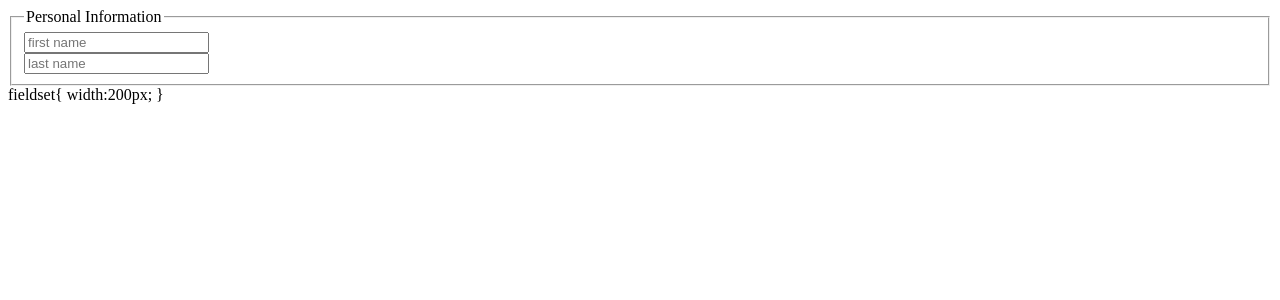
Repository: sauran/SapientTraining
Page: DemoProject/WebContent/Signup.html
The author's editor kept a copy of each file at every save. The page is drawn from the files as they stood at one save, then again after the next save.
The browser window is 1280 px wide. The pictures show the whole page.

Above is the page before, as saved 2015-09-15 09:40:41.

### DemoProject/WebContent/Signup.html
<!DOCTYPE html>
<html>
<head>
<meta charset="ISO-8859-1">
<title>Sign Up</title>
</head>
<body >

<form action=""  method = "get">

<fieldset>
<legend> Personal Information</legend>
<input type = "text" name= "FirstName" placeholder= "first name"><br>
<input type = "text" name= "LastName" placeholder= "last name"><br>

</fieldset>

fieldset{

width:200px;

}



</form>







</body>
</html>

After the next save:
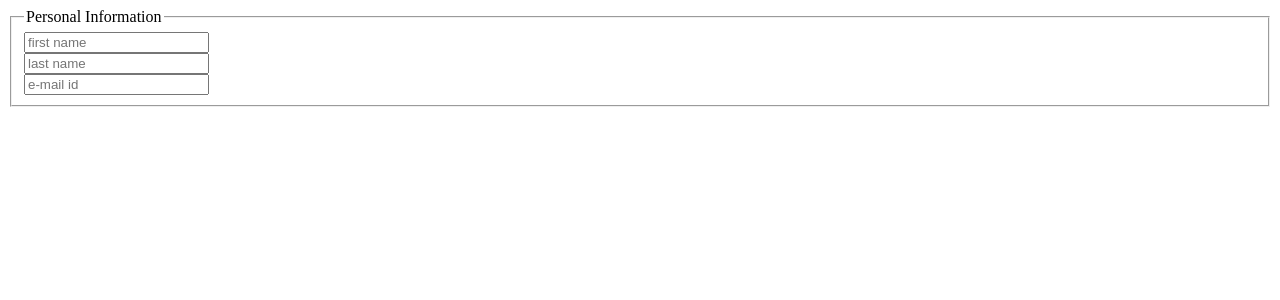
Saved 2 min 43 s later.
--- a/DemoProject/WebContent/Signup.html
+++ b/DemoProject/WebContent/Signup.html
@@ -12,14 +12,9 @@
 <legend> Personal Information</legend>
 <input type = "text" name= "FirstName" placeholder= "first name"><br>
 <input type = "text" name= "LastName" placeholder= "last name"><br>
+<input type = "text" name= "e-mail id " placeholder= "e-mail id"><br>
 
 </fieldset>
-
-fieldset{
-
-width:200px;
-
-}
 
 
 
